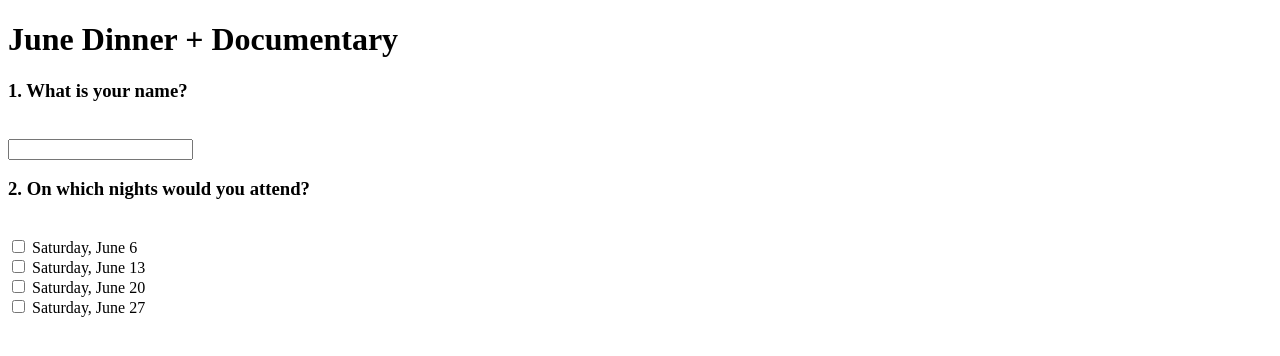
Repository: bhuhmann/event-survey
Page: survey.html
These files come from the project's save history. The page is drawn as it stood at one moment and after the next save; the edit follows.
The browser window is 1280 px wide. The pictures show the whole page.

Above is the page before, as saved 2020-03-31 19:08:54.

### survey.html
<!DOCTYPE html>
<html>
    <head>
        <title>June Dinner + Documentary</title>
    </head>
    <body>
        <h1>June Dinner + Documentary</h1>
        <!--TODO: form needs an action="" something, but I don't know how this works yet-->
        <form method="GET">
            <!--TODO: consider if further data validation would be useful-->
            <!--TODO: can I make automatic numbering happen so that I can easily reorder/add/remove questions?-->
            <label for="name"><h3>1. What is your name?</h3></label>
            <br>
            <input id="name" type="text" name="name" required>
            <br>
            <span><h3>2. On which nights would you attend?</h3></span>
            <br>
            <!--TODO: consider what date value should be for proper input into database-->
            <input id='dates' type="checkbox" name="dates" value="Saturday, June 6">
            <label for="dates">Saturday, June 6</label>
            <br>
            <input id='dates' type="checkbox" name="dates" value="Saturday, June 13">
            <label for="dates">Saturday, June 13</label>
            <br>
            <input id='dates' type="checkbox" name="dates" value="Saturday, June 20">
            <label for="dates">Saturday, June 20</label>
            <br>
            <input id='dates' type="checkbox" name="dates" value="Saturday, June 27">
            <label for="dates">Saturday, June 27</label>
            <br>
            <!--Which nights would you attend? checkbox options-->
            <!--Please rank the films in order of preference. Maybe drag and drop, probably requires JS?-->
            <!--Please rank the main dishes in order of preference. Maybe drag and drop, probably requires JS?-->
            <!--Please rank the ice cream flavors in order of preference. Maybe drag and drop, probably requires JS?-->
            <!--Anything else (documentary suggestions, ice cream flavor suggestions, etc.)? areatext-->
        </form>
    </body>

</html>

After the next save:
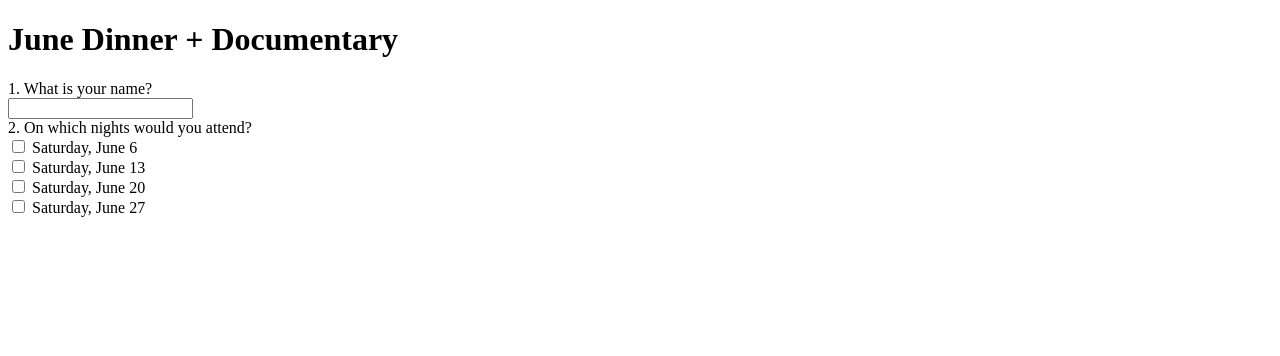
Saved 70 s later.
--- a/survey.html
+++ b/survey.html
@@ -9,11 +9,12 @@
         <form method="GET">
             <!--TODO: consider if further data validation would be useful-->
             <!--TODO: can I make automatic numbering happen so that I can easily reorder/add/remove questions?-->
-            <label for="name"><h3>1. What is your name?</h3></label>
+            <!--TODO: make question font larger than answer font-->
+            <label for="name">1. What is your name?</label>
             <br>
             <input id="name" type="text" name="name" required>
             <br>
-            <span><h3>2. On which nights would you attend?</h3></span>
+            <span>2. On which nights would you attend?</span>
             <br>
             <!--TODO: consider what date value should be for proper input into database-->
             <input id='dates' type="checkbox" name="dates" value="Saturday, June 6">
